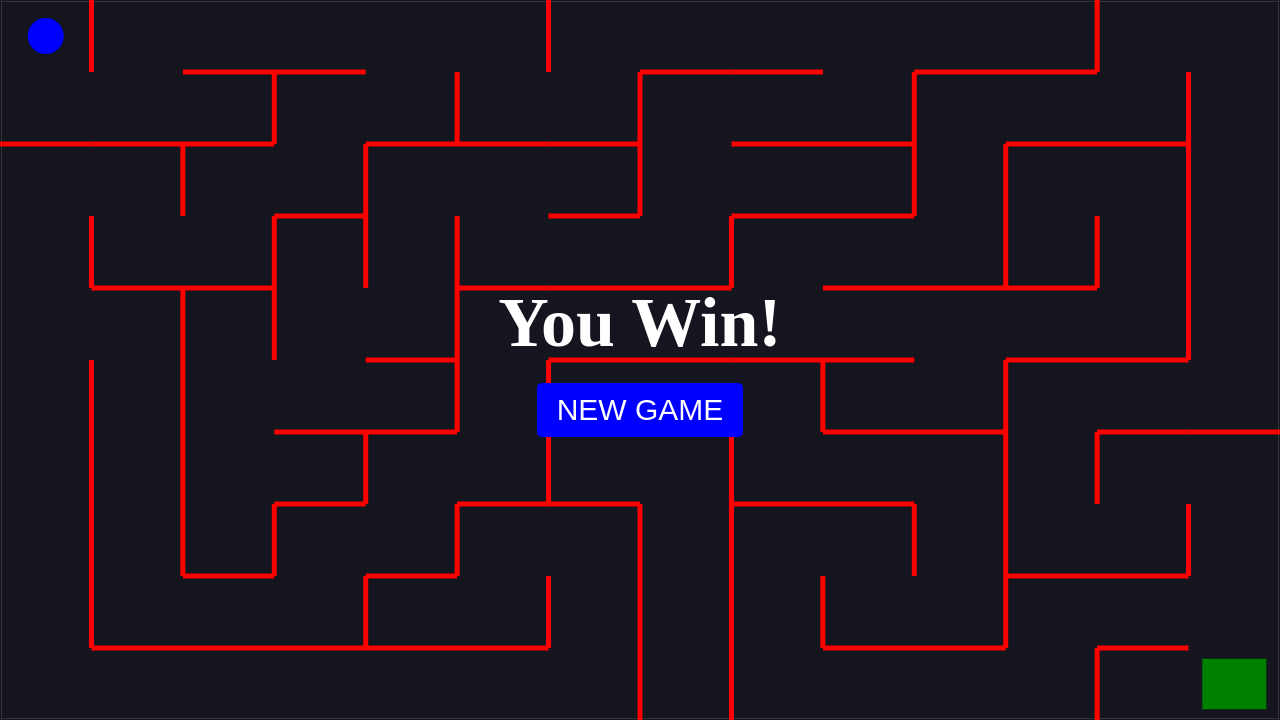
Repository: zhapar/JS-Bootcamp
Page: 3. Maze/index.html
An editor plug-in stored every save of this project. The page is shown before and after the next save, followed by the edit.
The browser window is 1280 px wide. The pictures show the whole page.
Some web libraries are served in a nearby version.

Above is the page before, as saved 2020-07-17 18:15:23.

After the next save:
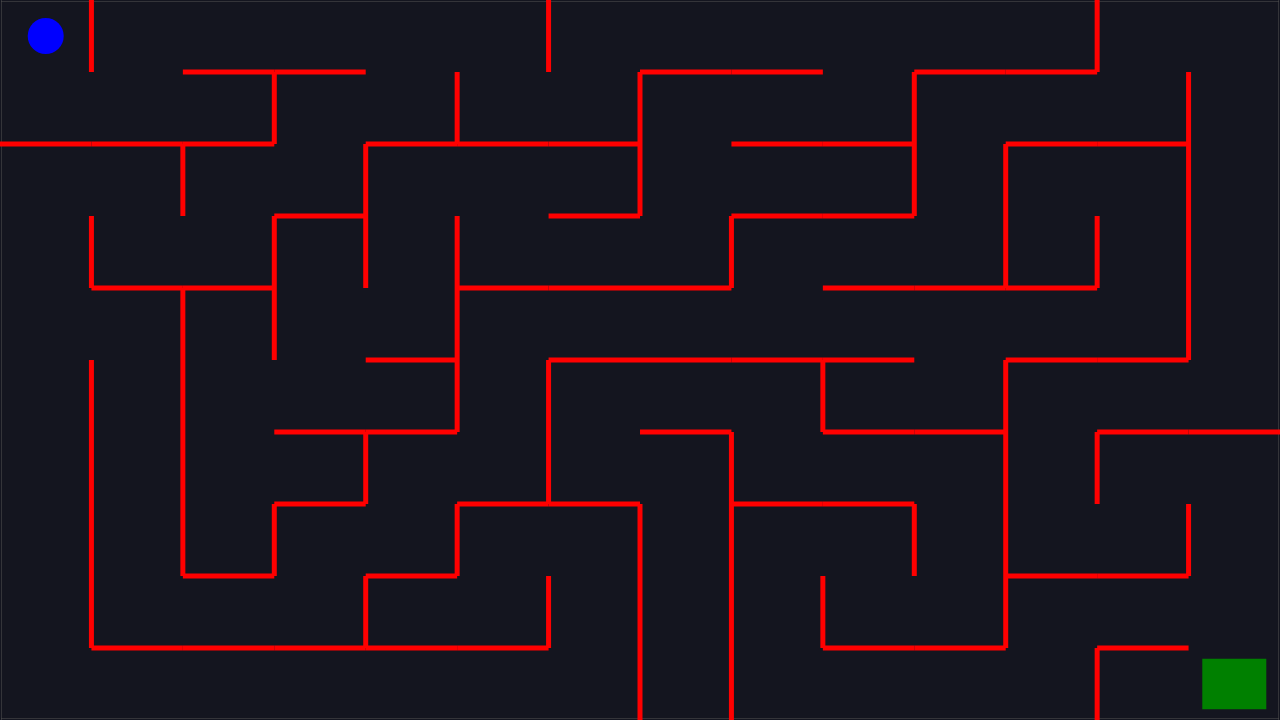
Saved 14 s later.
--- a/3. Maze/index.html
+++ b/3. Maze/index.html
@@ -16,9 +16,9 @@
         overflow: hidden;
       }
 
-      /* .hidden {
+      .hidden {
         display: none !important;
-      } */
+      }
 
       .winner {
         display: flex;
